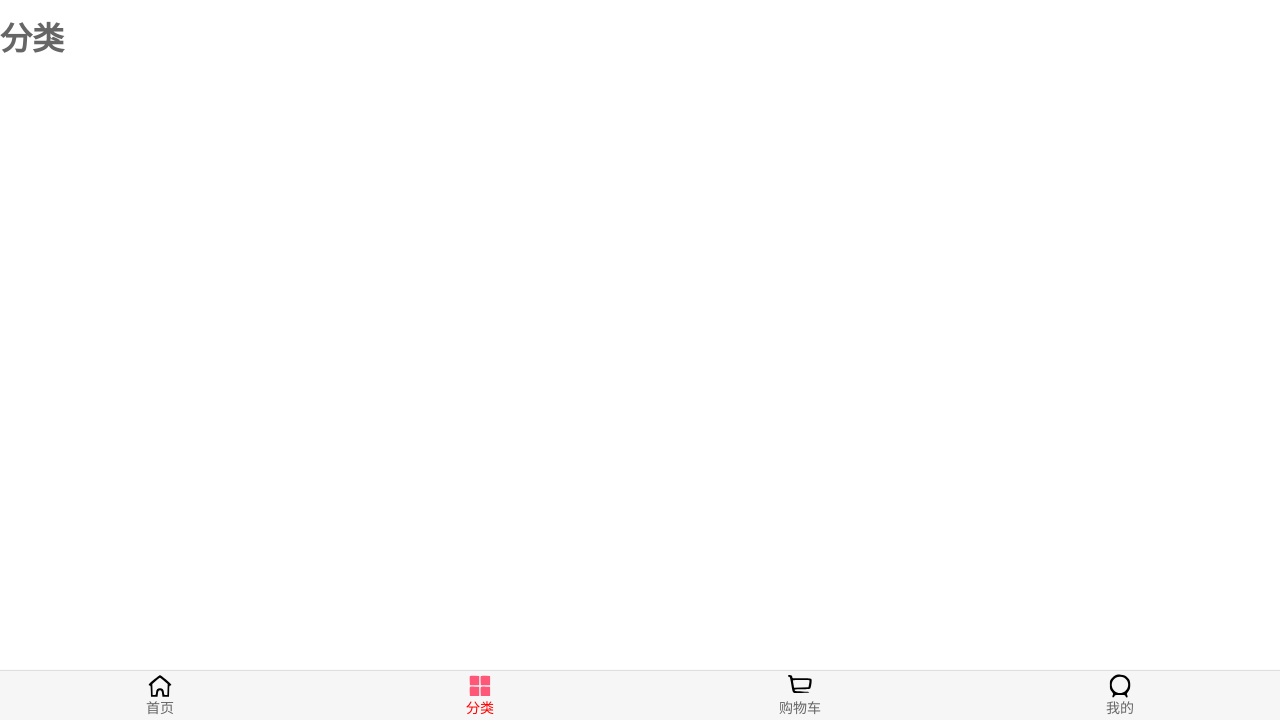
Repository: 2074623967/mymall
Page: /category
The author's editor kept a copy of each file at every save. The page is drawn from the files as they stood at one save, then again after the next save.
The browser window is 1280 px wide. The pictures show the whole page.
The project was rebuilt for these pictures with package versions that can differ from the ones it lists, and the page was loaded fresh each time. Also part of the build but not shown: vue.config.js.

Above is the page before, as saved 2021-08-28 14:27:04.

### src/main.js
import Vue from 'vue'
import App from './App.vue'
import router from './router'

Vue.config.productionTip = false
Vue.prototype.$bus = new Vue()
new Vue({
  render: h => h(App),
  router
}).$mount('#app')

### src/App.vue
<template>
  <div id="app">
    <keep-alive exclude="Detail">
      <router-view />
    </keep-alive>
    <main-tab-bar />
  </div>
</template>

<script>
import MainTabBar from 'components/content/mainTabbar/MainTabBar';

export default {
  name: 'app',
  components: {
    MainTabBar
  }
};
</script>

<style>
@import 'assets/css/base.css';
</style>

### src/router/index.js
import Vue from 'vue'
import VueRouter from 'vue-router'

const Home = () => import('../views/home/Home')
const Category = () => import('../views/category/Category')
const Cart = () => import('../views/cart/Cart')
const Profile = () => import('../views/profile/Profile')
const Detail = () => import('../views/detail/Detail')
// 1.安装插件
Vue.use(VueRouter)

// 2.创建router
const routes = [
  {
    path: '',
    redirect: '/home'
  },
  {
    path: '/home',
    component: Home
  },
  {
    path: '/category',
    component: Category
  },
  {
    path: '/cart',
    component: Cart
  },
  {
    path: '/profile',
    component: Profile
  },
  {
   path:'/detail/:iid',
   component:Detail
  }
]
const router = new VueRouter({
  routes,
  mode: 'history'
})


export default router

### src/assets/css/base.css
@import "./normalize.css";

/*:root -> 获取根元素html*/
:root {
  --color-text: #666;
  --color-high-text: #ff5777;
  --color-tint: #ff8198;
  --color-background: #fff;
  --font-size: 14px;
  --line-height: 1.5;
}

*,
*::before,
*::after {
  margin: 0;
  padding: 0;
  box-sizing: border-box;
}

body {
  font-family: "Helvetica Neue",Helvetica,"PingFang SC","Hiragino Sans GB","Microsoft YaHei","微软雅黑",Arial,sans-serif;
  user-select: none; /* 禁止用户鼠标在页面上选中文字/图片等 */
  -webkit-tap-highlight-color: transparent; /* webkit是苹果浏览器引擎，tap点击，highlight背景高亮，color颜色，颜色用数值调节 */
  background: var(--color-background);
  color: var(--color-text);
  /* rem vw/vh */
  width: 100vw;
}

a {
  color: var(--color-text);
  text-decoration: none;
}


.clear-fix::after {
  clear: both;
  content: '';
  display: block;
  width: 0;
  height: 0;
  visibility: hidden;
}

.clear-fix {
  zoom: 1;
}

.left {
  float: left;
}

.right {
  float: right;
}

### src/components/content/mainTabbar/MainTabBar.vue
<template>
  <tab-bar>
    <tab-bar-item path="/home">
      <img slot="item-icon" src="~assets/img/tabbar/home.svg" alt="">
      <img slot="item-icon-active" src="~assets/img/tabbar/home_active.svg" alt="">
      <div slot="item-text">首页</div>
    </tab-bar-item>
    <tab-bar-item path="/category">
      <img slot="item-icon" src="~assets/img/tabbar/category.svg" alt="">
      <img slot="item-icon-active" src="~assets/img/tabbar/category_active.svg" alt="">
      <div slot="item-text">分类</div>
    </tab-bar-item>
    <tab-bar-item path="/cart">
      <img slot="item-icon" src="~assets/img/tabbar/shopcart.svg" alt="">
      <img slot="item-icon-active" src="~assets/img/tabbar/shopcart_active.svg" alt="">
      <div slot="item-text">购物车</div>
    </tab-bar-item>
    <tab-bar-item path="/profile">
      <img slot="item-icon" src="~assets/img/tabbar/profile.svg" alt="">
      <img slot="item-icon-active" src="~assets/img/tabbar/profile_active.svg" alt="">
      <div slot="item-text">我的</div>
    </tab-bar-item>
  </tab-bar>
</template>

<script>
  import TabBar from 'components/common/tabbar/TabBar'
  import TabBarItem from 'components/common/tabbar/TabBarItem'

  export default {
    name: "MainTabBar",
    components: {
      TabBar,
      TabBarItem
    }
  }
</script>

<style scoped>

</style>

### src/views/category/Category.vue
<template>
  <h1>分类</h1>
</template>

<script>
  export default {
    name: "Category"
  }
</script>

<style scoped>
</style>

### src/components/common/tabbar/TabBarItem.vue
<template>
  <!--所有的item都展示同一个图片, 同一个文字-->
  <div class="tab-bar-item" @click="itemClick">
    <div v-if="!isActive"><slot name="item-icon"></slot></div>
    <div v-else><slot name="item-icon-active"></slot></div>
    <div :style="activeStyle"><slot name="item-text"></slot></div>
  </div>
</template>

<script>
  export default {
    name: "TabBarItem",
    props: {
      path: String,
      activeColor: {
        type: String,
        default: 'red'
      }
    },
    data() {
      return {
        // isActive: true
      }
    },
    computed: {
      isActive() {
        // /home -> item1(/home) = true
        // /home -> item1(/category) = false
        // /home -> item1(/cart) = true
        // /home -> item1(/profile) = true
        return this.$route.path.indexOf(this.path) !== -1
      },
      activeStyle() {
        return this.isActive ? {color: this.activeColor} : {}
      }
    },
    methods: {
      itemClick() {
        this.$router.replace(this.path)
      }
    }
  }
</script>

<style scoped>
  .tab-bar-item {
    flex: 1;
    text-align: center;
    height: 49px;
    font-size: 14px;
  }

  .tab-bar-item img {
    width: 24px;
    height: 24px;
    margin-top: 3px;
    vertical-align: middle;
    margin-bottom: 2px;
  }
</style>

Loaded but not shown: src/assets/css/normalize.css (library); src/components/common/tabbar/TabBar.vue (common file)

After the next save:
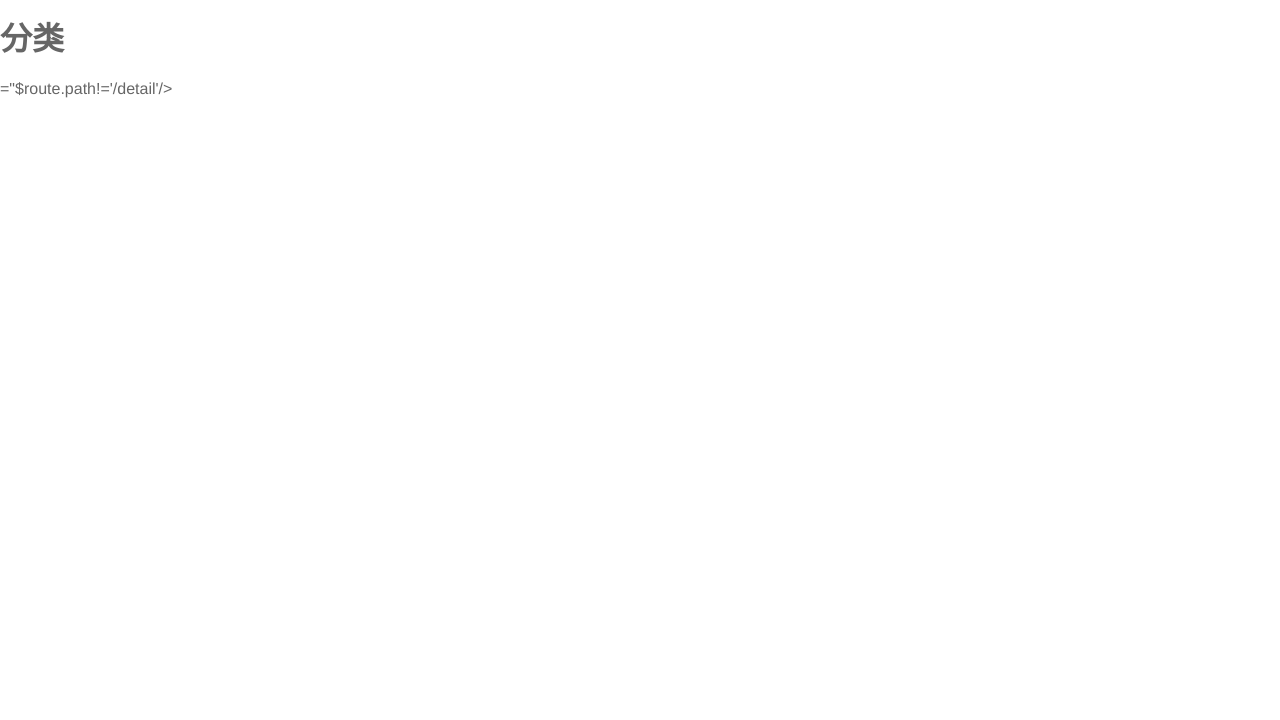
Saved 24 min 19 s later.
--- a/src/App.vue
+++ b/src/App.vue
@@ -3,7 +3,7 @@
     <keep-alive exclude="Detail">
       <router-view />
     </keep-alive>
-    <main-tab-bar />
+    <main-tab-bar v-if="$route.path!='/detail'/>
   </div>
 </template>
 

After the 4 saves that followed:
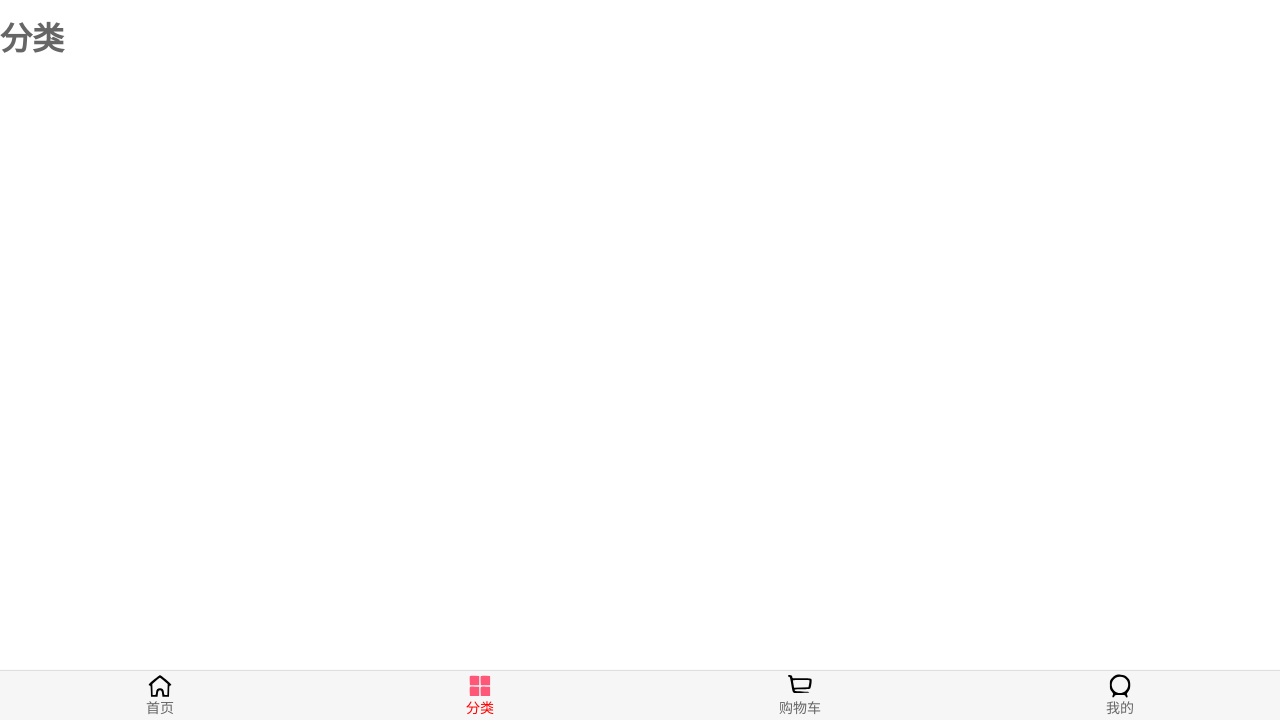
The 4 saves are shown as one change because 2 did not build or start and 1 left the picture as it was.
The last was saved 118 s later.
--- a/src/App.vue
+++ b/src/App.vue
@@ -3,7 +3,7 @@
     <keep-alive exclude="Detail">
       <router-view />
     </keep-alive>
-    <main-tab-bar v-if="$route.path!='/detail'/>
+    <main-tab-bar/>
   </div>
 </template>
 
